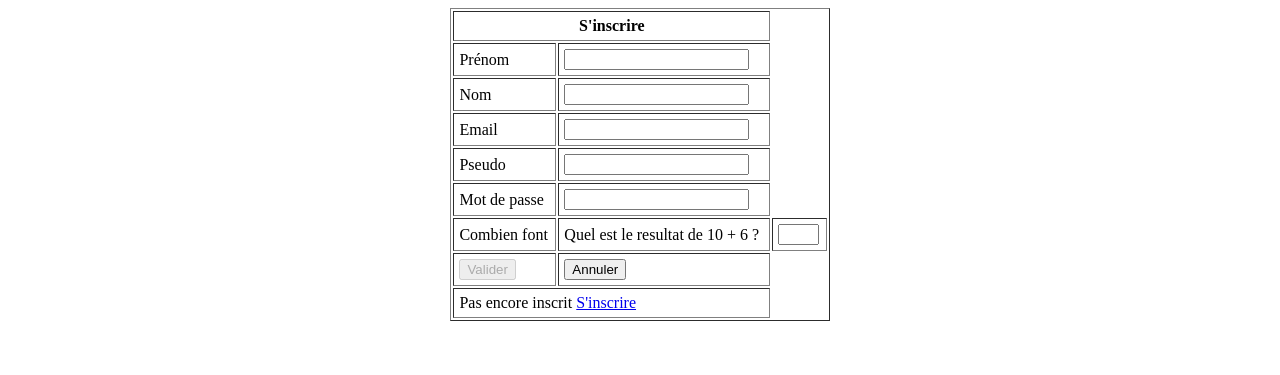
Repository: t2isoft/Login-jee
Page: http://localhost/spring-security-loginform-database/WEB-INF/pages/reg.jsp
The author's editor kept a copy of each file at every save. The page is drawn from the files as they stood at one save, then again after the next save.
The browser window is 1280 px wide. The pictures show the whole page.
The page is served by Tomcat 9. Nobody is signed in. The template is opened directly, without the code that normally fills it, so the values that code supplies are empty.

Above is the page before, as saved 2015-11-24 09:31:46.

After the next save:
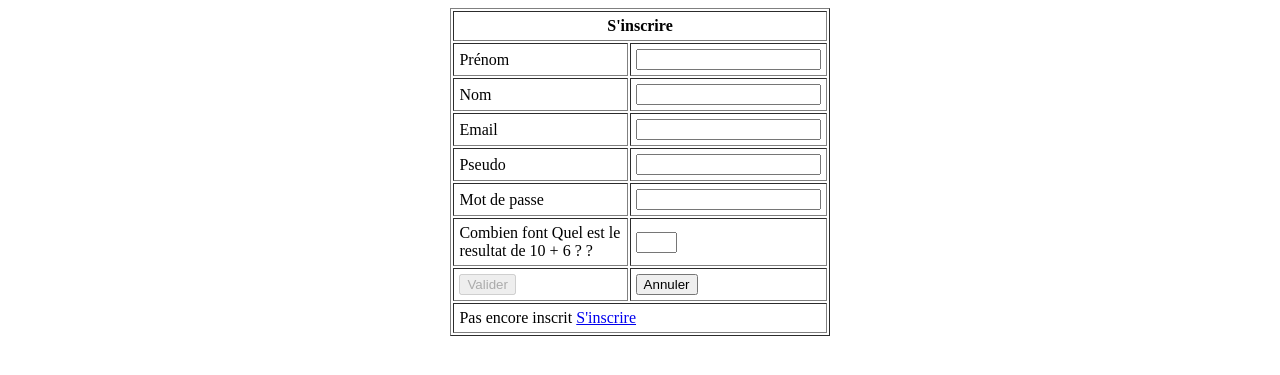
Saved 14 s later.
--- a/spring-security-loginform-database/src/main/webapp/WEB-INF/pages/reg.jsp
+++ b/spring-security-loginform-database/src/main/webapp/WEB-INF/pages/reg.jsp
@@ -50,8 +50,7 @@
                         <td><input type="password" name="pass" value="" required/></td>
                     </tr>
                     <tr>
-                        <td>Combien font </td>
-                        <td><script type="text/javascript">DrawBotBoot()</script></td>
+                        <td>Combien font <script type="text/javascript">DrawBotBoot()</script> ?</td>
                         <td><input id='BotBootInput' type='text' maxlength='2' size='2' onChange="ValidBotBoot();" /></td>
                         <!--  <td><script type="text/javascript">DrawBotBoot()</script>  -->
                     </tr>
